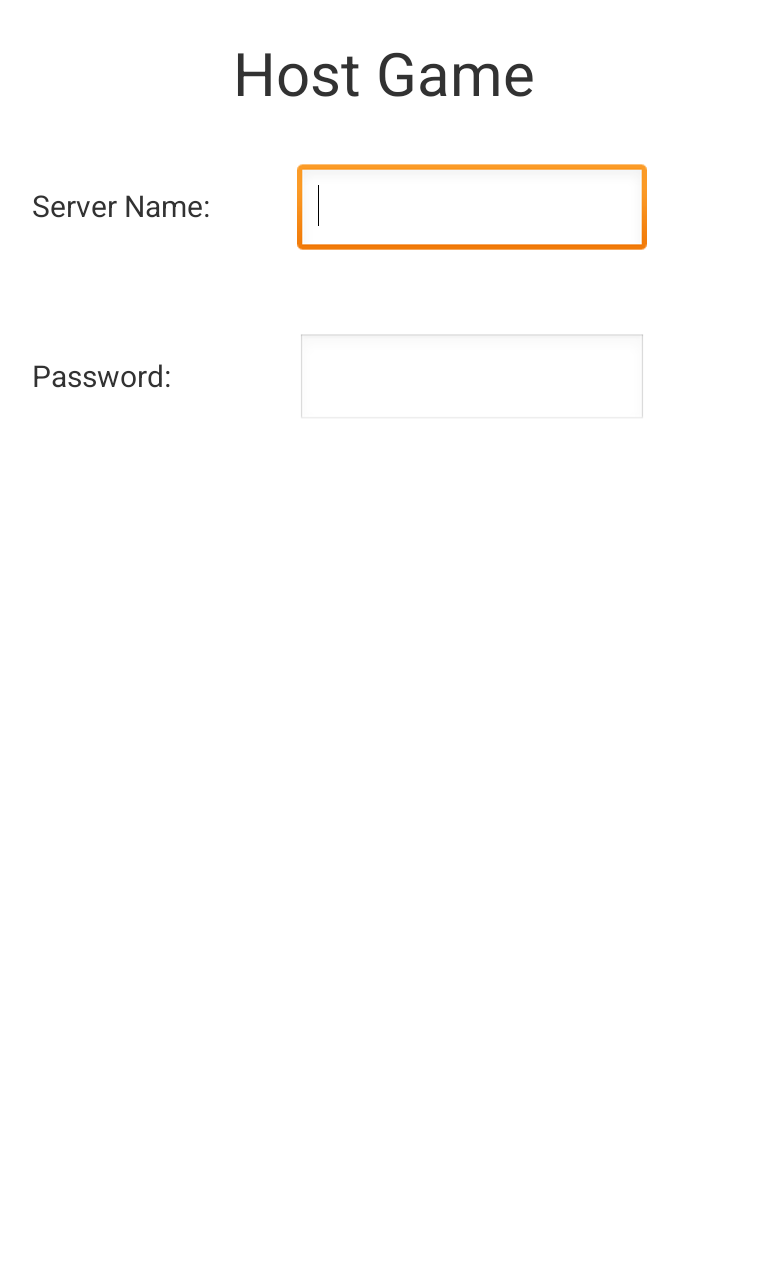
Repository: mfischetti/LaserAppRepository
Layout: workspace/Laser/res/layout/activity_host.xml
The author's editor kept a copy of each file at every save. The layout is drawn from the files as they stood at one save, then again after the next save.
It is drawn on a 768 x 1280 px phone screen (xhdpi) without system bars, with theme AppTheme; the app's code is not run.

Above is the layout before, as saved 2013-10-01 15:29:40.

### workspace/Laser/res/layout/activity_host.xml
<RelativeLayout xmlns:android="http://schemas.android.com/apk/res/android"
    xmlns:tools="http://schemas.android.com/tools"
    android:layout_width="match_parent"
    android:layout_height="match_parent"
    android:paddingBottom="@dimen/activity_vertical_margin"
    android:paddingLeft="@dimen/activity_horizontal_margin"
    android:paddingRight="@dimen/activity_horizontal_margin"
    android:paddingTop="@dimen/activity_vertical_margin"
    tools:context=".HostActivity" >

    <TextView
        android:id="@+id/title"
        android:layout_width="wrap_content"
        android:layout_height="wrap_content"
        android:layout_alignParentTop="true"
        android:layout_centerHorizontal="true"
        android:text="Host Game"
        android:textSize="30sp" />

    <TextView
        android:id="@+id/servername"
        android:layout_width="wrap_content"
        android:layout_height="wrap_content"
        android:layout_below="@+id/title"
        android:layout_marginTop="36dp"
        android:text="Server Name:"
        android:textSize="15sp" />

    <EditText
        android:id="@+id/name1"
        android:layout_width="wrap_content"
        android:layout_height="wrap_content"
        android:layout_alignBaseline="@+id/servername"
        android:layout_alignBottom="@+id/servername"
        android:layout_marginLeft="43dp"
        android:layout_toRightOf="@+id/servername"
        android:ems="10"
        android:textSize="15sp" >

        <requestFocus />
    </EditText>

    <TextView
        android:id="@+id/passwordname"
        android:layout_width="wrap_content"
        android:layout_height="wrap_content"
        android:layout_alignLeft="@+id/servername"
        android:layout_below="@+id/name1"
        android:layout_marginTop="48dp"
        android:text="Password:"
        android:textSize="15sp" />

    <EditText
        android:id="@+id/password"
        android:layout_width="wrap_content"
        android:layout_height="wrap_content"
        android:layout_alignBaseline="@+id/passwordname"
        android:layout_alignBottom="@+id/passwordname"
        android:layout_alignLeft="@+id/name1"
        android:ems="10"
        android:textSize="15sp" />

</RelativeLayout>

Loaded but not shown: workspace/Laser/res/values/styles.xml (common file); workspace/Laser/res/values/dimens.xml (common file)

After the next save:
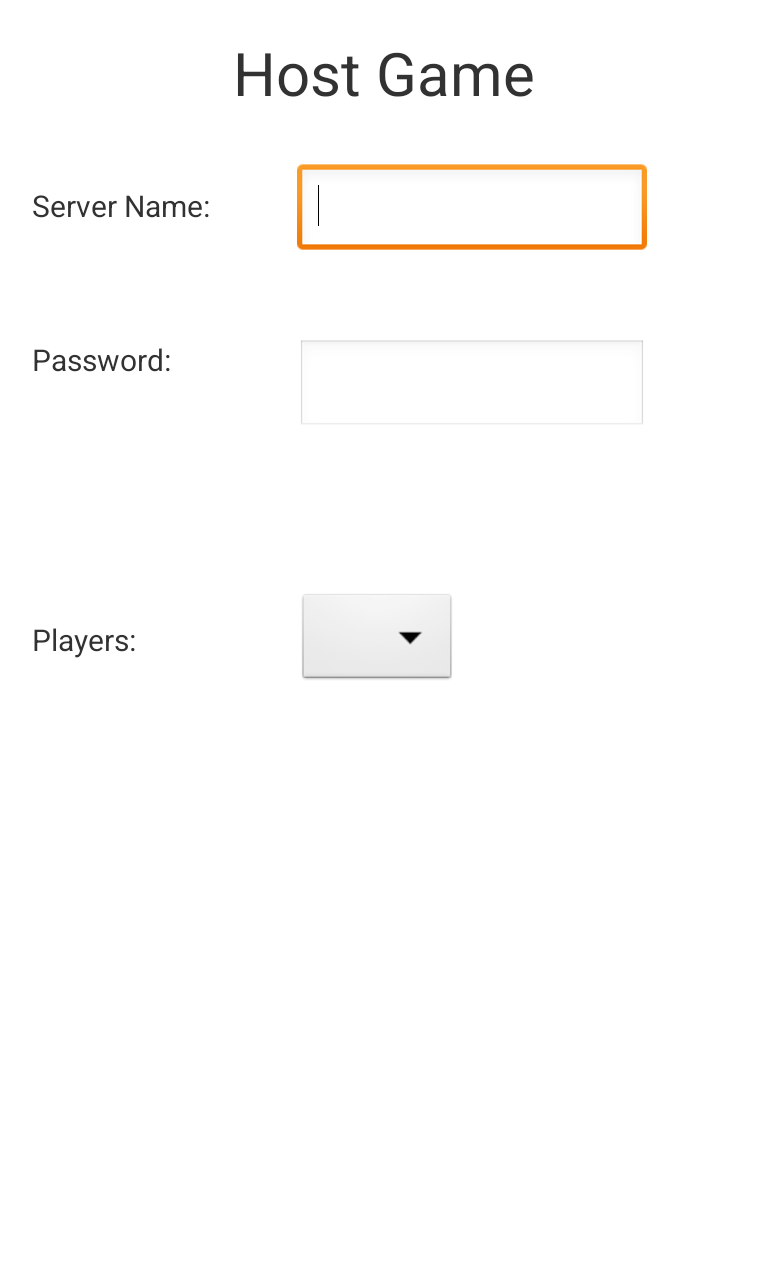
Saved 41 min 5 s later.
--- a/workspace/Laser/res/layout/activity_host.xml
+++ b/workspace/Laser/res/layout/activity_host.xml
@@ -40,24 +40,39 @@
         <requestFocus />
     </EditText>
 
+    <Spinner
+        android:id="@+id/players"
+        android:layout_width="wrap_content"
+        android:layout_height="50sp"
+        android:layout_alignLeft="@+id/password"
+        android:layout_centerVertical="true" />
+
+    <EditText
+        android:id="@+id/password"
+        android:layout_width="wrap_content"
+        android:layout_height="wrap_content"
+        android:layout_alignLeft="@+id/name1"
+        android:layout_alignTop="@+id/passwordname"
+        android:ems="10"
+        android:textSize="15sp" />
+
     <TextView
         android:id="@+id/passwordname"
         android:layout_width="wrap_content"
         android:layout_height="wrap_content"
         android:layout_alignLeft="@+id/servername"
         android:layout_below="@+id/name1"
-        android:layout_marginTop="48dp"
+        android:layout_marginTop="40dp"
         android:text="Password:"
         android:textSize="15sp" />
 
-    <EditText
-        android:id="@+id/password"
+    <TextView
+        android:id="@+id/playernumber"
         android:layout_width="wrap_content"
         android:layout_height="wrap_content"
-        android:layout_alignBaseline="@+id/passwordname"
-        android:layout_alignBottom="@+id/passwordname"
-        android:layout_alignLeft="@+id/name1"
-        android:ems="10"
+        android:layout_alignLeft="@+id/passwordname"
+        android:layout_centerVertical="true"
+        android:text="Players:"
         android:textSize="15sp" />
 
 </RelativeLayout>
